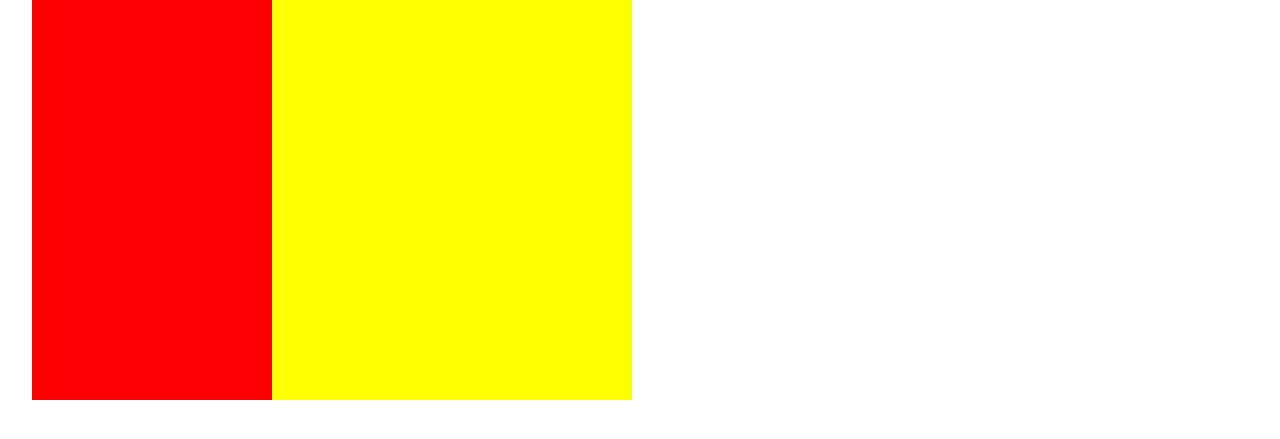
Repository: jinggegeZ/livechat
Page: /
The author's editor kept a copy of each file at every save. The page is drawn from the files as they stood at one save, then again after the next save.
The browser window is 1280 px wide. The pictures show the whole page.
The project was rebuilt for these pictures with package versions that can differ from the ones it lists, and the page was loaded fresh each time.

Above is the page before, as saved 2020-08-17 10:50:19.

After the next save:
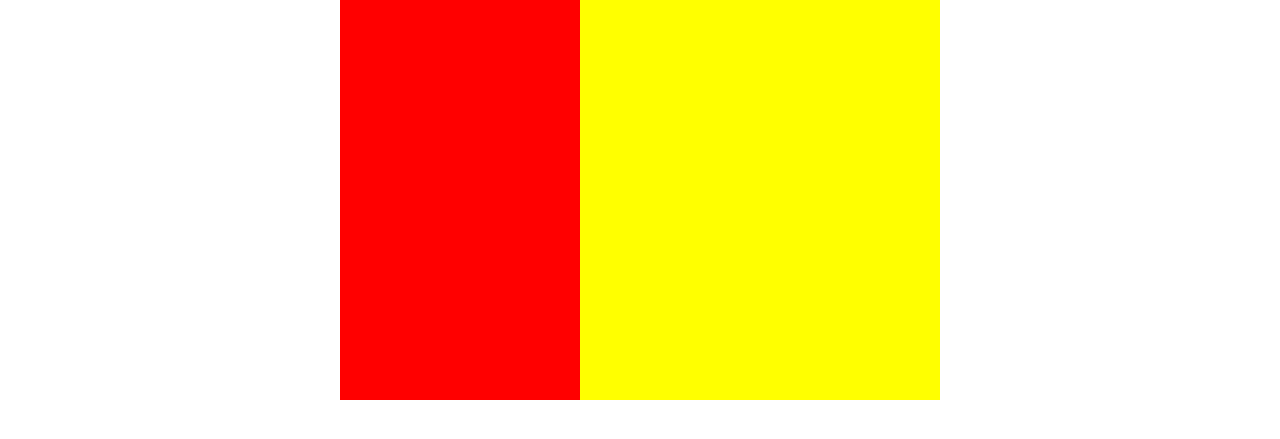
Saved 37 s later.
--- a/src/views/Home.vue
+++ b/src/views/Home.vue
@@ -50,6 +50,9 @@
 }
 .content-c {
   width: 95%;
+  display: flex;
+  justify-content: center;
+  align-items: center;
 }
 .box {
   width: 600px;
